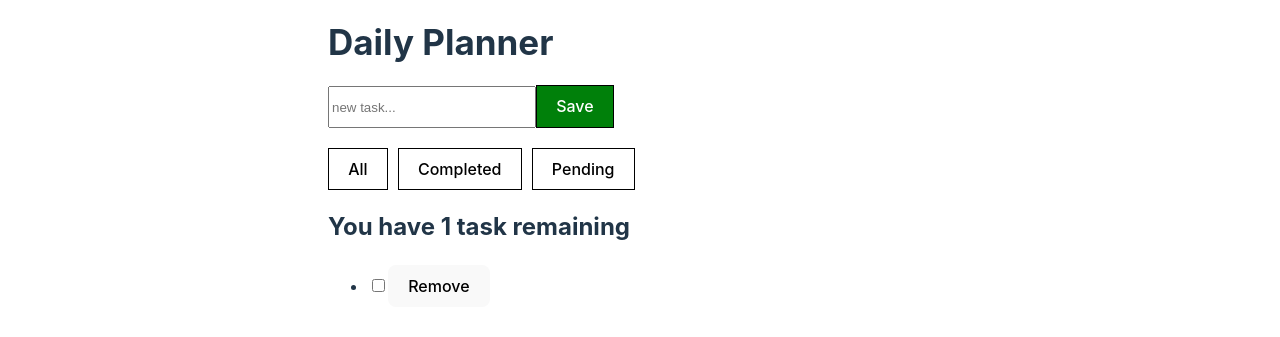
Repository: leslie179/lab4
Page: / (app in lab4/), after clicking the first element matching `button.save`
The author's editor kept a copy of each file at every save. The page is drawn from the files as they stood at one save, then again after the next save.
The browser window is 1280 px wide. The pictures show the whole page.
The project was rebuilt for these pictures with package versions that can differ from the ones it lists, and the page was loaded fresh each time. Also part of the build but not shown: lab4/vite.config.js.

Above is the page before, as saved 2024-10-27 18:48:25.

### lab4/src/App.jsx
import { useState } from 'react'
import './App.css'

import Task from './components/Task'
import TaskForm from './components/TaskForm'

function App() {
  const [tasks, setTasks] = useState([])
  const [filter, setFilter] = useState("All")

  const remainingTasks = tasks.filter(task => !task.completed).length;

  return (
    <div>
      <h1>Daily Planner</h1>
      <TaskForm setTasks={setTasks} />

      <button className="filter-button" onClick={() => setFilter("All")}>All</button>
      <button className="filter-button" onClick={() => setFilter("Completed")}>Completed</button>
      <button className="filter-button" onClick={() => setFilter("Pending")}>Pending</button>

      <h2>You have {remainingTasks} task{remainingTasks !== 1 ? 's' : ''} remaining</h2>

      <ul>
        {tasks && tasks.filter((task) => {
          if (filter === "All") {
            return true;
          } else if (filter === "Completed") {
            return task.completed;
          } else if (filter === "Pending") {
            return !task.completed;
          }
          return true;
        }).map((task, i) => {
          return <Task className="task-font" key={i} task={task} setTasks={setTasks} index={i} />
        })}
      </ul>
    </div>
  )
}

export default App;

### lab4/src/App.css
#root {
  max-width: 1280px;
  text-align: left;
  padding-left: 20rem;
}

h1{
  font-size: 35px;
}

.filter-button{
  border: 1px solid black;
  background-color: white;
  margin-right: 10px;
  margin-top: 20px;
  border-radius: 0px;
}

.save{
  background-color: #00800a;
  border-radius: 0px;
  border: 1px solid black;
  padding-top:2mm;
  height:43px;
  color: white;

}

.task-font{
  font-weight: bold;
  font-weight: 0px;
}

.h2{
  font-weight: bold;
  font-size: 30px;
}
.input{
width:200px;
height:36px;
}

.read-the-docs {
  color: #888;
}

### lab4/src/components/Task.jsx
// Task.jsx
function Task({ task, setTasks, index, className }) {

    const remove = () => {
        setTasks((currentTasks) => {
            const tmpTasks = [...currentTasks] // (deep copy)
            tmpTasks.splice(index, 1) // remove 1 value at this index (key == index)
            return tmpTasks
        })
    }

    const toggleCompleted = (e) => {
        setTasks((currentTasks) => {
            const tmpTasks = [...currentTasks] // (deep copy)
            tmpTasks[index].completed = e.target.checked
            return tmpTasks
        })
    }

    return (
      <li>
        <input type="checkbox" onChange={(e) => toggleCompleted(e)} />
        <span className={className}>{task.task}</span>
        <button onClick={() => remove()}>Remove</button>
      </li>
    )
}

export default Task;

### lab4/src/components/TaskForm.jsx
import { useState } from "react"

function TaskForm({ setTasks }) {
    const [currentTask, setCurrentTask] = useState()
    const save = () => {
        setTasks((currentTasks) => { // trick to get current state
            // im just naming it tmp for temporary
            const tmpTasks = [...currentTasks] // deep copy (tmpTasks is just a copy of currentTasks cause you cant just copy an array)
            tmpTasks.push({ task: currentTask, completed: false })
            return tmpTasks
        })
        setCurrentTask("")
    }
    // the onChange is a function that runs everytime the input text changes
    // everytime the input text changes update the state with the value of the text input
    return <div>
        <input className="input" type="text" onChange={(e) => setCurrentTask(e.target.value)} placeholder="new task..."/>
        <button className="save" onClick={() => save()}>Save</button>
    </div>
}

export default TaskForm

Loaded but not shown: lab4/index.html (common file); lab4/src/main.jsx (common file); lab4/src/index.css (common file)

After the next save:
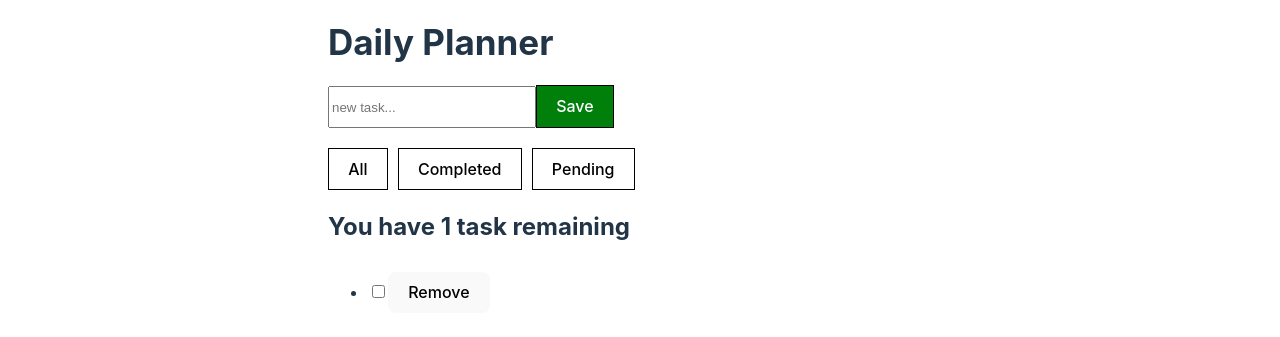
Saved 5 s later.
--- a/lab4/src/App.css
+++ b/lab4/src/App.css
@@ -28,7 +28,7 @@
 
 .task-font{
   font-weight: bold;
-  font-weight: 0px;
+  font-size: 30px;
 }
 
 .h2{

After the save that followed:
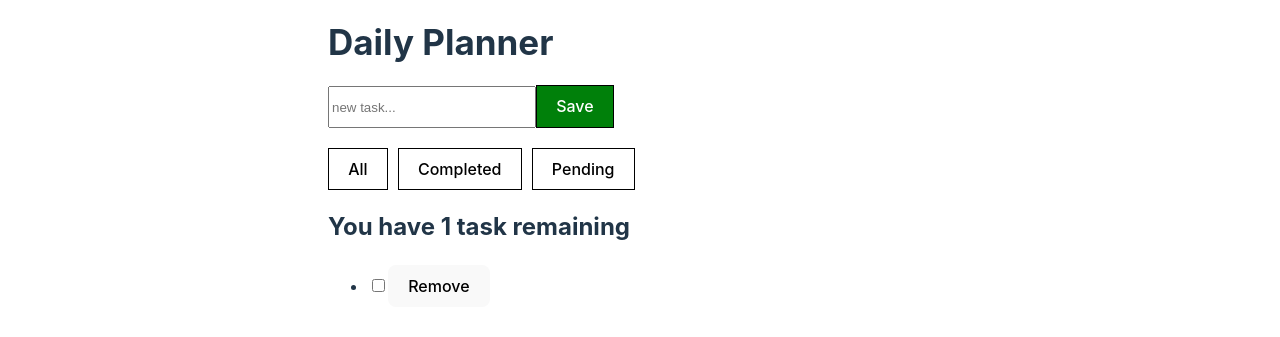
Saved 4 s later.
--- a/lab4/src/App.css
+++ b/lab4/src/App.css
@@ -28,7 +28,7 @@
 
 .task-font{
   font-weight: bold;
-  font-size: 30px;
+  font-size: 20px;
 }
 
 .h2{
